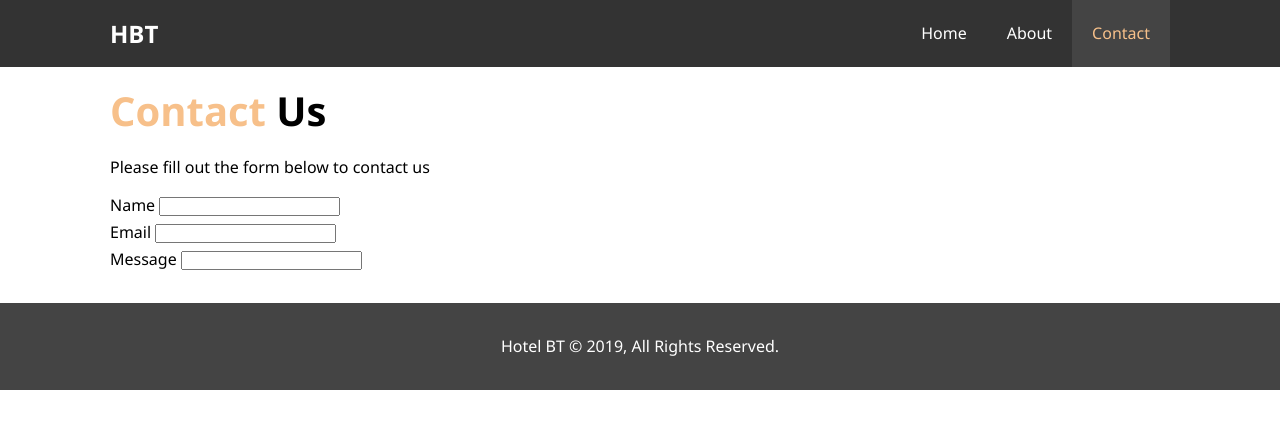
Repository: minhtien9/hotel-website
Page: contact.html
An editor plug-in stored every save of this project. The page is shown before and after the next save, followed by the edit.
The browser window is 1280 px wide. The pictures show the whole page.

Above is the page before, as saved 2021-08-14 18:53:54.

### contact.html
<!DOCTYPE html>
<html lang="en">

<head>
    <meta charset="UTF-8" />
    <meta http-equiv="X-UA-Compatible" content="IE=edge" />
    <meta name="viewport" content="width=device-width, initial-scale=1.0" />
    <meta name="description" content="Welcome to the most extraordinary hotel in Boston Massachusetts" />
    <meta name="keywords" content="hotel, boston hotel, new england hotel" />
    <link rel="stylesheet" href="https://cdnjs.cloudflare.com/ajax/libs/font-awesome/5.15.4/css/all.min.css" integrity="sha512-1ycn6IcaQQ40/MKBW2W4Rhis/DbILU74C1vSrLJxCq57o941Ym01SwNsOMqvEBFlcgUa6xLiPY/NS5R+E6ztJQ==" crossorigin="anonymous" referrerpolicy="no-referrer"
    />
    <link rel="stylesheet" href="css/style.css" />
    <title>Hotel BT | Contact</title>
</head>

<body>
    <header>
        <nav id="navbar">
            <div class="container">
                <h1 class="logo">
                    <a href="index.html"></a> HBT</h1>
                <ul>
                    <li><a href="index.html">Home</a></li>
                    <li><a href="about.html">About</a></li>
                    <li><a class="current" href="contact.html">Contact</a></li>
                </ul>
            </div>
        </nav>
    </header>
    <section id="contact-form" class="py-3">
        <div class="container">
            <h1 class="l-heading"><span class="text-primary">Contact</span> Us</h1>
            <p>Please fill out the form below to contact us</p>
            <form action="process.php">
                <div class="form-group">
                    <label for="name">Name</label>
                    <input type="text" name="name" id="name" />
                </div>
                <div class="form-group">
                    <label for="email">Email</label>
                    <input type="email" name="email" id="email" />
                </div>
                <div class="form-group">
                    <label for="message">Message</label>
                    <input type="text" name="message" id="message" />
                </div>
            </form>
        </div>
    </section>
    <footer id="main-footer">
        <p>Hotel BT &copy; 2019, All Rights Reserved.</p>
    </footer>
</body>

</html>

### css/style.css
/* Reset */

* {
    margin: 0;
    padding: 0;
    box-sizing: border-box;
}


/* Main Styling */

html,
body {
    font-family: 'Segoe UI', Tahoma, Geneva, Verdana, sans-serif;
    line-height: 1.7em;
}

a {
    color: #333;
    text-decoration: none;
}

h1,
h2,
h3 {
    padding-bottom: 20px;
}

p {
    margin: 10px 0;
}


/* Utility Classes */

.container {
    margin: auto;
    max-width: 1100px;
    overflow: auto;
    padding: 0 20px;
}

.text-primary {
    color: #f7c08a;
}

.lead {
    font-size: 20px;
}

.btn {
    display: inline-block;
    font-size: 18px;
    color: #fff;
    background: #333;
    padding: 13px 20px;
    border: none;
    cursor: pointer;
}

.btn:hover {
    background: #f7c08a;
    color: #333;
}

.btn-light {
    background: #f4f4f4;
    color: #333;
}

.bg-dark {
    background: #333;
    color: #fff;
}

.bg-light {
    background: #f4f4f4;
    color: #333;
}

.bg-primary {
    background: #f7c08a;
    color: #333;
}

.clr {
    clear: both;
}

.l-heading {
    font-size: 40px;
}


/* Padding */

.py-1 {
    padding: 10px 0;
}

.py-2 {
    padding: 20px 0;
}

.py-3 {
    padding: 30px 0;
}


/* Navbar */

#navbar {
    background: #333;
    color: #fff;
    overflow: auto;
}

#navbar a {
    color: #fff;
}

#navbar h1 {
    float: left;
    padding-top: 20px;
}

#navbar ul {
    list-style: none;
    float: right;
}

#navbar ul li {
    float: left;
}

#navbar ul li a {
    display: block;
    padding: 20px;
    text-align: center;
}

#navbar ul li a:hover,
#navbar ul li a.current {
    background: #444;
    color: #f7c08a;
}


/* Show case */

#showcase {
    background: url('../img/showcase.jpg') no-repeat center center/cover;
    height: 600px;
}

#showcase .showcase-content {
    color: #fff;
    text-align: center;
    padding-top: 170px;
}

#showcase .showcase-content h1 {
    font-size: 60px;
    line-height: 1.2em;
}

#showcase .showcase-content p {
    padding: bottom 20px;
    line-height: 1.7em;
}


/* Home info */

#home-info {
    height: 400px;
}

#home-info .info-img {
    float: left;
    width: 50%;
    background: url('../img/photo-1.jpg') no-repeat;
    min-height: 100%;
}

#home-info .info-content {
    float: right;
    width: 50%;
    height: 100%;
    text-align: center;
    padding: 50px 30px;
    overflow: hidden;
}

#home-info .info-content p {
    padding-bottom: 30px;
}


/* Features */

.box {
    float: left;
    width: 33.3%;
    padding: 50px;
    text-align: center;
}

.box i {
    margin-bottom: 10px;
}


/* About */

#about-info .info-right {
    float: right;
    width: 50%;
    min-height: 100%;
}

#about-info .info-right img {
    display: block;
    margin: auto;
    width: 70%;
    border-radius: 50%;
}

#about-info .info-left {
    float: left;
    width: 50%;
    min-height: 100%;
}


/* Testimonials */

#testimonials {
    height: 600px;
    background: url('../img/test-bg.jpg') no-repeat center center/cover;
    padding-top: 100px;
}

#testimonials h2 {
    color: #fff;
    text-align: center;
    padding-bottom: 40px;
}

#testimonials .testimonial {
    padding: 20px;
    margin-bottom: 40px;
    border-radius: 5px;
    opacity: 0.9;
}

#testimonials .testimonial img {
    width: 100px;
    float: left;
    margin: -13px 20px 0 0;
    border-radius: 50%;
}


/* Footer */

#main-footer {
    text-align: center;
    background: #444;
    color: #fff;
    padding: 20px;
}

After the next save:
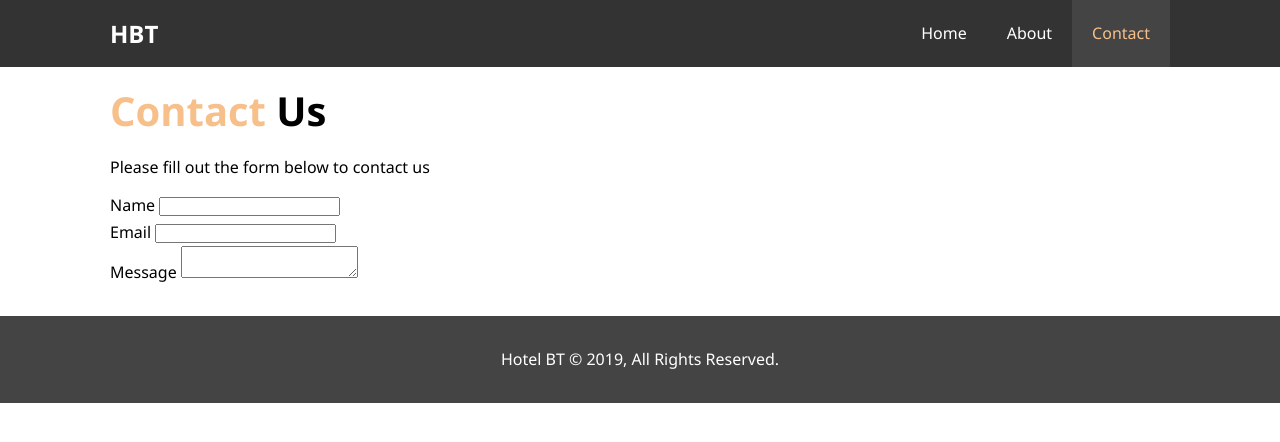
Saved 43 s later.
--- a/contact.html
+++ b/contact.html
@@ -42,7 +42,7 @@
                 </div>
                 <div class="form-group">
                     <label for="message">Message</label>
-                    <input type="text" name="message" id="message" />
+                    <textarea name="message" id="message"></textarea>
                 </div>
             </form>
         </div>
